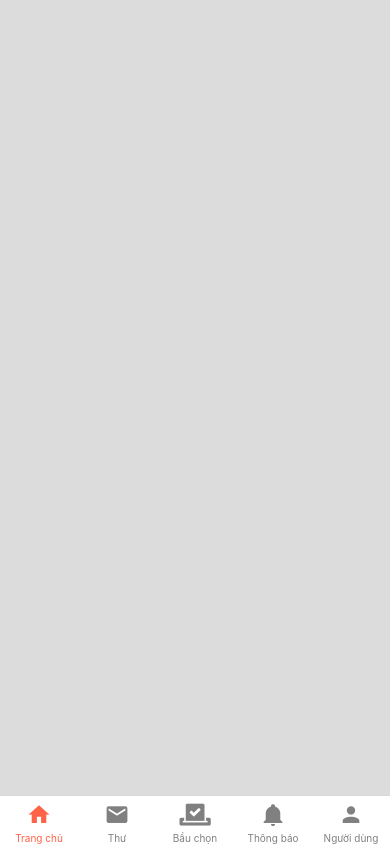
Repository: diepdung02/AppPTC
Page: /Home
An editor plug-in stored every save of this project. The page is shown before and after a run of saves, followed by the edit.
The browser window is 390 px wide. The pictures show the whole page.
The page's requests for data from a server got no answer. The app was drawn by React Native's web renderer in a window 390 px wide. The project was rebuilt for these pictures with package versions that can differ from the ones it lists, and the page was loaded fresh each time. No one was signed in, and anything a server would have sent is missing. Also part of the build but not shown: screen/home/MailScreen.tsx, screen/home/NotificationScreen.tsx, screen/home/UserScreen.tsx, screen/home/VoteScreen.tsx.

Above is the page before, as saved 2024-06-30 15:13:01.

### App.tsx
// App.tsx

import React from 'react';
import { NavigationContainer } from '@react-navigation/native';
import { createStackNavigator } from '@react-navigation/stack';
import { LoginScreen, HomeScreen, NotificationScreen, UserScreen, MailScreen, VoteScreen } from './screen/index';
import { createBottomTabNavigator } from '@react-navigation/bottom-tabs';
import { MaterialCommunityIcons, FontAwesome5 } from '@expo/vector-icons'; // Sử dụng MaterialCommunityIcons từ expo/vector-icons

const Stack = createStackNavigator();
const Tab = createBottomTabNavigator();

const HomeTabNavigator: React.FC = () => {
  return (
    <Tab.Navigator
      initialRouteName="HomeTab"
      screenOptions={{
        tabBarActiveTintColor: 'tomato',
        tabBarInactiveTintColor: 'gray',
        tabBarStyle: { display: 'flex' },
      }}
    >
      <Tab.Screen
        name="HomeTab"
        component={HomeScreen}
        options={{
          headerShown: false,
          tabBarLabel: 'Trang chủ',
          tabBarIcon: ({ color, size }) => (
            <MaterialCommunityIcons name="home" color={color} size={size} />
          ),
        }}
      />

      <Tab.Screen
        name="Mail"
        component={MailScreen}
        options={{
          headerShown: false,
          tabBarLabel: 'Thư',
          tabBarIcon: ({ color, size }) => (
            <MaterialCommunityIcons name="email" color={color} size={size} />
          ),
        }}
      />

      <Tab.Screen
        name="Vote"
        component={VoteScreen}
        options={{
          headerShown: false,
          tabBarLabel: 'Bầu chọn',
          tabBarIcon: ({ color, size }) => (
            <FontAwesome5 name="vote-yea" color={color} size={size} />
          ),
        }}
      />

      <Tab.Screen
        name="Notifications"
        component={NotificationScreen}
        options={{
          headerShown: false,
          tabBarLabel: 'Thông báo',
          tabBarIcon: ({ color, size }) => (
            <MaterialCommunityIcons name="bell" color={color} size={size} />
          ),
        }}
      />
      <Tab.Screen
        name="User"
        component={UserScreen}
        options={{
          headerShown: false,
          tabBarLabel: 'Người dùng',
          tabBarIcon: ({ color, size }) => (
            <MaterialCommunityIcons name="account" color={color} size={size} />
          ),
        }}
      />
    </Tab.Navigator>
  );
}

const App: React.FC = () => {
  return (
    <NavigationContainer>
      <Stack.Navigator initialRouteName="Login">
        <Stack.Screen name="Login" component={LoginScreen} options={{ headerShown: false }} />
        <Stack.Screen name="Home" component={HomeTabNavigator} options={{ headerShown: false }} />
      </Stack.Navigator>
    </NavigationContainer>
  );
};

export default App;

### screen/index.tsx
import LoginScreen from './auth/LoginScreen';
import HomeScreen from './home/HomeScreen';
// screen/index.tsx

export { default as MailScreen } from './home/MailScreen';
export { default as NotificationScreen } from './home/NotificationScreen';
export { default as UserScreen } from './home/UserScreen';
export { default as VoteScreen } from './home/VoteScreen';


export{
    LoginScreen,
    HomeScreen,

}

### screen/auth/LoginScreen.tsx
// LoginScreen.tsx
import React, { useState, useEffect } from 'react';
import { View, TextInput, StyleSheet, TouchableOpacity, Text, Image } from 'react-native';
import { FontAwesome, MaterialIcons } from '@expo/vector-icons';
import { Formik } from 'formik';
import * as Yup from 'yup';
import AsyncStorage from '@react-native-async-storage/async-storage';
import COLORS from '../../constants/Color';
import { login, ApiResponse } from '../../API'; // Import API functions

type LoginProps = {
  navigation: any;
};

type FormValues = {
  username: string;
  password: string;
};

const LoginScreen: React.FC<LoginProps> = ({ navigation }) => {
  const [hidePassword, setHidePassword] = useState<boolean>(true);
  const [rememberPassword, setRememberPassword] = useState<boolean>(false);

  useEffect(() => {
    const checkRememberPassword = async () => {
      try {
        const savedPassword = await AsyncStorage.getItem('password');
        if (savedPassword) {
          setRememberPassword(true);
        }
      } catch (error) {
        console.error('Error reading password from AsyncStorage:', error);
      }
    };
    checkRememberPassword();
  }, []);

  const togglePasswordVisibility = () => {
    setHidePassword(!hidePassword);
  };

  const handleLogin = async (values: FormValues) => {
    try {
      const { username, password } = values;
      const response: ApiResponse<any> = await login({ username, password });
      if (response.success) {
        // Xử lý khi đăng nhập thành công
        alert('Đăng nhập thành công!');
        navigation.navigate('Home');
      } else {
        // Xử lý khi đăng nhập thất bại
        alert('Đăng nhập thất bại! ' + response.error);
      }
    } catch (error) {
      console.error('Error logging in:', error);
      alert('Đăng nhập thất bại! Vui lòng thử lại.');
    }
  };

  const validationSchema = Yup.object({
    username: Yup.string().required('Chưa nhập tên đăng nhập'),
    password: Yup.string().required('Chưa nhập mật khẩu'),
  });

  return (
    <Formik
      initialValues={{
        username: '',
        password: '',
      }}
      validationSchema={validationSchema}
      onSubmit={(values) => handleLogin(values)}
    >
      {({ values, touched, errors, handleChange, handleSubmit, handleBlur }) => (
        <View style={styles.container}>
          <Image source={require('../../assets/logo.png')} style={styles.logo} />
          <View style={styles.inputContainer}>
            <FontAwesome name="user" size={20} color="black" />
            <TextInput
              style={styles.textInput}
              placeholder="Username"
              value={values.username}
              onChangeText={handleChange('username')}
              onBlur={handleBlur('username')}
            />
          </View>
          {touched.username && errors.username && (
            <Text style={styles.errorText}>{errors.username}</Text>
          )}

          <View style={styles.inputContainer}>
            <FontAwesome name="lock" size={20} color="black" />
            <TextInput
              style={styles.textInput}
              placeholder="Password"
              secureTextEntry={hidePassword}
              value={values.password}
              onChangeText={handleChange('password')}
              onBlur={handleBlur('password')}
            />
            <TouchableOpacity onPress={togglePasswordVisibility}>
              <MaterialIcons
                name={hidePassword ? 'visibility-off' : 'visibility'}
                size={20}
                color="black"
              />
            </TouchableOpacity>
          </View>
          {touched.password && errors.password && (
            <Text style={styles.errorText}>{errors.password}</Text>
          )}

          <TouchableOpacity style={styles.loginButton} onPress={handleSubmit as any}>
            <Text style={styles.buttonText}>Login</Text>
          </TouchableOpacity>
          <TouchableOpacity onPress={() => navigation.navigate('ForgotPassword')}>
            <Text style={styles.forgotPasswordText}>Forgot Password?</Text>
          </TouchableOpacity>
        </View>
      )}
    </Formik>
  );
};

const styles = StyleSheet.create({
  container: {
    flex: 1,
    backgroundColor: COLORS.colorMain,
    alignItems: 'center',
    justifyContent: 'center',
  },
  logo: {
    width: 150,
    height: 150,
    marginBottom: 50,
  },
  inputContainer: {
    flexDirection: 'row',
    alignItems: 'center',
    backgroundColor: '#FFFFFF',
    borderRadius: 5,
    width: '80%',
    marginBottom: 20,
    padding: 10,
  },
  textInput: {
    flex: 1,
    marginLeft: 10,
  },
  loginButton: {
    backgroundColor: COLORS.blue,
    width: '80%',
    padding: 15,
    borderRadius: 5,
    alignItems: 'center',
  },
  buttonText: {
    color: 'white',
    fontSize: 16,
  },
  forgotPasswordText: {
    color: '#005A8C',
    marginTop: 20,
  },
  errorText: {
    color: 'red',
    fontSize: 12,
    marginBottom: 20,
  },
});

export default LoginScreen;

### screen/home/HomeScreen.tsx
import React, { useEffect, useState } from 'react';
import { View, Text, Image, StyleSheet, SafeAreaView,FlatList } from 'react-native';
import COLORS from '../../constants/Color';
import { ApiResponse, fetchUser } from '../../API'; // Điều chỉnh đường dẫn để phù hợp với cấu trúc tệp của bạn

const HomeScreen: React.FC = () => {
  const [userData, setUserData] = useState<any>({});

  useEffect(() => {
    const fetchUserData = async () => {
      const userId = '1'; // Thay thế với userId thực tế hoặc lấy động
      const response: ApiResponse<any> = await fetchUser(userId);
      if (response.success) {
        setUserData(response.data); // Giả định API trả về một đối tượng có các thuộc tính 'name' và 'dept'
      } else {
        console.error('Lỗi khi lấy dữ liệu người dùng:', response.error);
      }
    };

    fetchUserData();
  }, []);

  return (
    <SafeAreaView style={styles.container}>
      <View style={styles.inforContainer}>
        <Image source={{ uri: userData.avatar }} style={styles.avatar} />
        <View style={styles.txtInfor}>
          <Text style={styles.txtName}>{userData.name}</Text>
          <Text style={styles.txtDept}>{userData.dept}</Text>
        </View>
      </View>
      <View>
        <Image source={require('../../')}/>
      </View>
    </SafeAreaView>
  );
};

const styles = StyleSheet.create({
  container:{
    flex:1,
    backgroundColor:COLORS.colorMain,
  },
  avatar:{
    width:75,
    height:75,
    marginTop:70,
    marginLeft:20,
  },
  inforContainer:{
    flexDirection:"row",
    alignItems:"center"
  },
  txtInfor:{
    marginTop:70,
    paddingLeft:10,
  },
  txtName:{
    fontSize:20
  },
  txtDept:{
    fontSize:18
  }
});

export default HomeScreen;

### constants/Color.tsx
const COLORS = {
    colorMain:"#DCDCDC",
    blue: "#09648C"

  };
  export default COLORS;

### API.ts
// api.ts
export interface ApiResponse<T> {
  success: boolean;
  data?: T;
  error?: string;
}

export const fetchData = async (): Promise<ApiResponse<any>> => {
  try {
    const response = await fetch('https://668100b656c2c76b495d38a8.mockapi.io/PTC');
    if (!response.ok) {
      throw new Error('Network response was not ok');
    }
    const data = await response.json();
    return { success: true, data };
  } catch (error) {
    console.error('Error fetching data:', error);
    return { success: false, error: 'Error fetching data' };
  }
};

export interface LoginRequest {
  username: string;
  password: string;
}

export const login = async ({ username, password }: LoginRequest): Promise<ApiResponse<any>> => {
  try {
    const response = await fetch('https://668100b656c2c76b495d38a8.mockapi.io/PTC', {
      method: 'POST',
      headers: {
        'Content-Type': 'application/json',
      },
      body: JSON.stringify({ username, password }),
    });
    if (!response.ok) {
      throw new Error('Network response was not ok');
    }
    const data = await response.json();
    return { success: true, data };
  } catch (error) {
    console.error('Error logging in:', error);
    return { success: false, error: 'Error logging in' };
  }
};

export interface User {
  id: string;
  name: string;
  avatar: string;
  dept: string;
}

export const fetchUser = async (userId: string): Promise<ApiResponse<User>> => {
  try {
    const response = await fetch(`https://668100b656c2c76b495d38a8.mockapi.io/PTC/${userId}`);
    if (!response.ok) {
      throw new Error('Network response was not ok');
    }
    const data = await response.json();
    return { success: true, data };
  } catch (error) {
    console.error('Error fetching user data:', error);
    return { success: false, error: 'Error fetching user data' };
  }
};

### index.tsx
import { AppRegistry } from 'react-native';
import App from './App';
import appConfig from './app.json';

const MyApp: string = appConfig.expo.name;

AppRegistry.registerComponent(MyApp, () => App);

### app.json
{
  "expo": {
    "name": "MyApp",
    "slug": "MyApp",
    "version": "1.0.0",
    "orientation": "portrait",
    "userInterfaceStyle": "light",
    "splash": {
      "image": "./assets/splash.png",
      "resizeMode": "contain",
      "backgroundColor": "#ffffff"
    },
    "ios": {
      "supportsTablet": true
    },
    "android": {
      "adaptiveIcon": {
        "backgroundColor": "#ffffff"
      }
    },
    "web": {
      "favicon": "./assets/favicon.png"


    }
  }
}

After the next 2 saves:
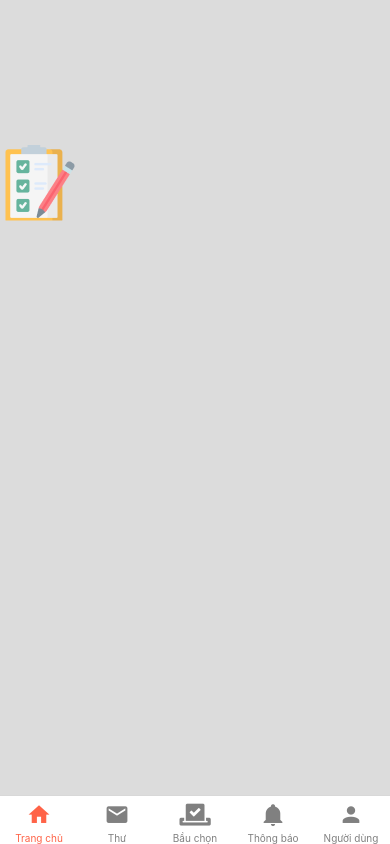
The 2 saves are shown as one change because they came seconds apart.
The last was saved 4 s later.
--- a/screen/home/HomeScreen.tsx
+++ b/screen/home/HomeScreen.tsx
@@ -30,7 +30,7 @@ const HomeScreen: React.FC = () => {
         </View>
       </View>
       <View>
-        <Image source={require('../../')}/>
+        <Image source={require('../../assets/check .png')}/>
       </View>
     </SafeAreaView>
   );
